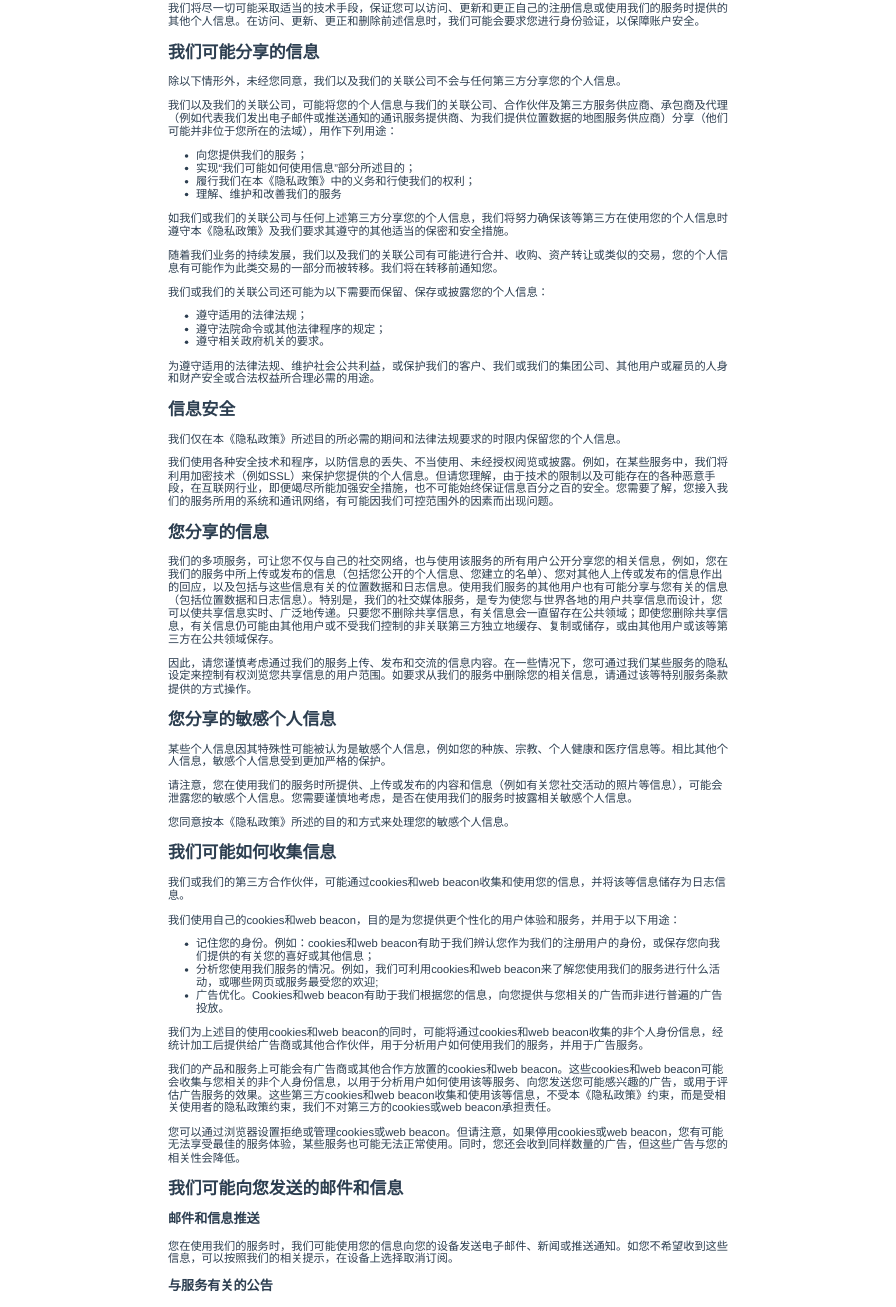
Repository: zl-mdc/privacy-policy
Page: /
These files come from the project's save history. The page is drawn as it stood at one moment and after the next save; the edit follows.
The browser window is 1280 px wide. The pictures show the part of the page from y = 1375 to 3295 px (the page is 3242 px tall before and 3295 px after), at 70% of full size.
The project was rebuilt for these pictures with package versions that can differ from the ones it lists, and the page was loaded fresh each time.

Above is the page before, as saved 2020-09-17 16:14:17.

After the next save:
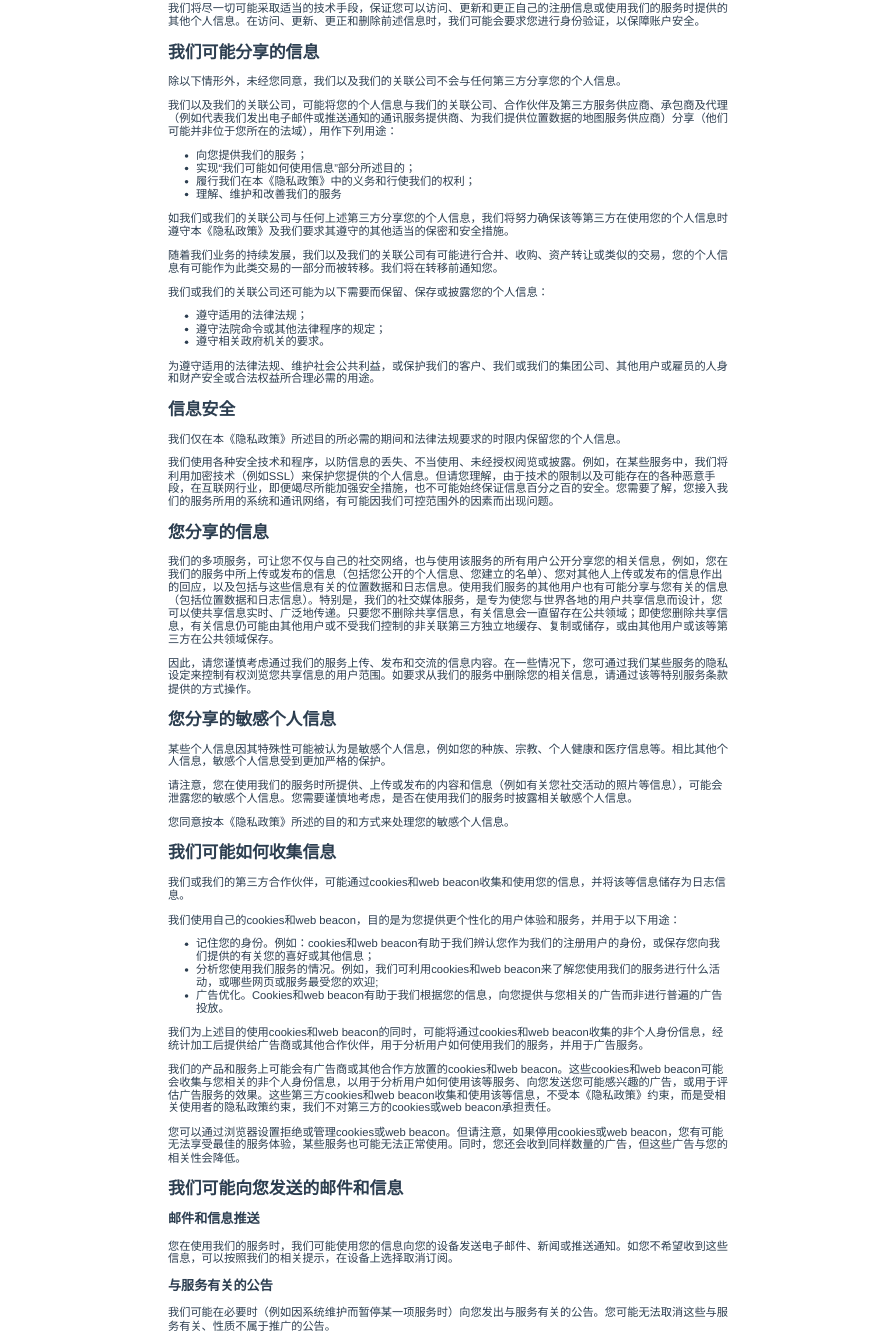
Saved 12 s later.
--- a/src/components/Info.vue
+++ b/src/components/Info.vue
@@ -1,7 +1,7 @@
 <!--
  * @Author: Code_Master
  * @Date: 2020-09-17 15:00:51
- * @LastEditTime: 2020-09-17 16:14:17
+ * @LastEditTime: 2020-09-17 16:14:29
  * @LastEditors: Code_Master
  * @FilePath: /privacy-policy/src/components/Info.vue
  * @Description: The first 90% of the code accounts for the first 90% of the development time. The remaining 10% of the code accounts for the other 90% of the development time.
@@ -92,6 +92,7 @@
           <h3>邮件和信息推送</h3>
           <p>您在使用我们的服务时，我们可能使用您的信息向您的设备发送电子邮件、新闻或推送通知。如您不希望收到这些信息，可以按照我们的相关提示，在设备上选择取消订阅。</p>
           <h3>与服务有关的公告</h3>
+          <p>我们可能在必要时（例如因系统维护而暂停某一项服务时）向您发出与服务有关的公告。您可能无法取消这些与服务有关、性质不属于推广的公告。</p>
 
     </div>
 </template>
